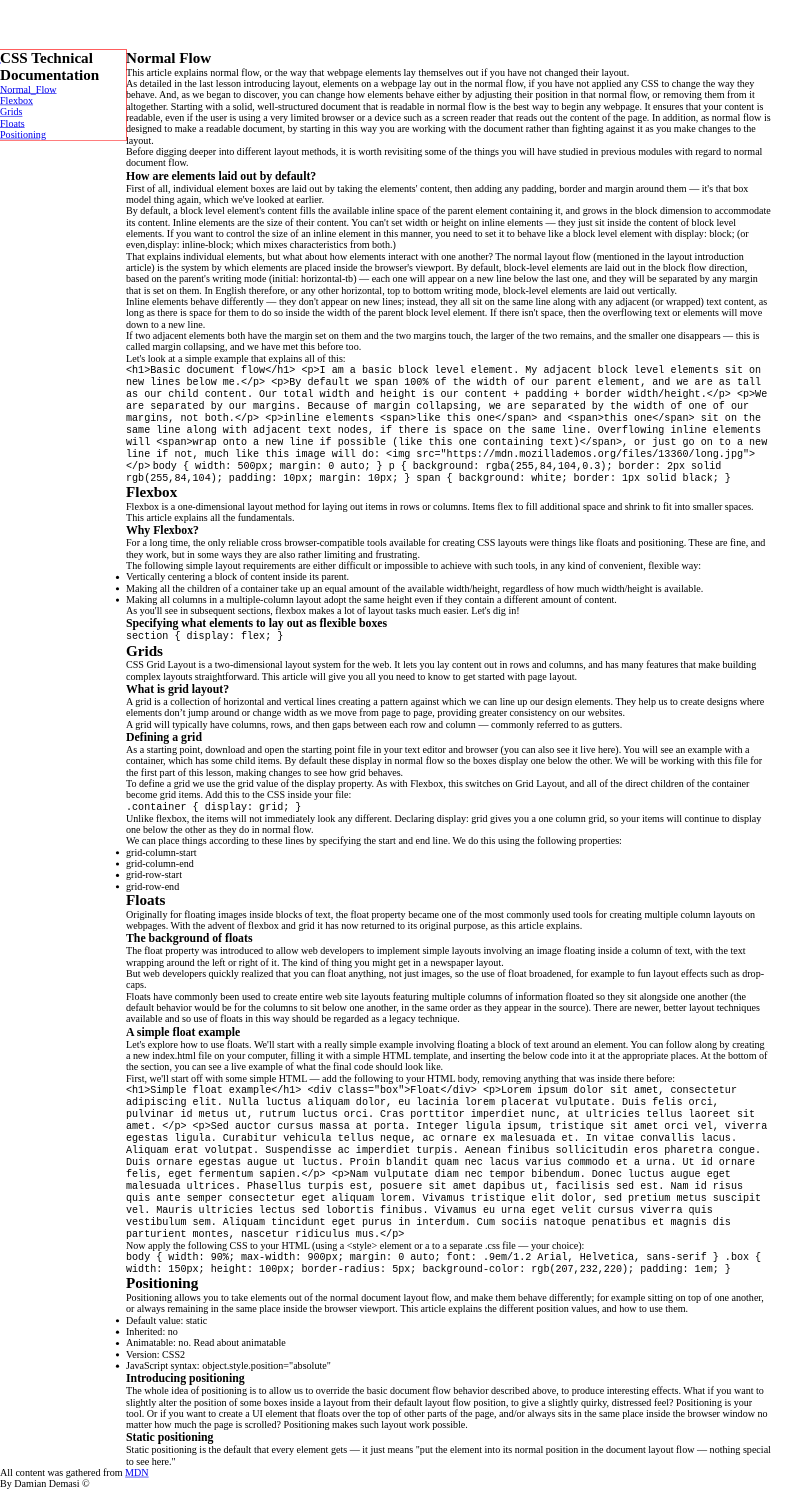
Repository: Colo-Codes/freecodecamp-04-Technical-Documentation-Page
Page: index.html
The author's editor kept a copy of each file at every save. The page is drawn from the files as they stood at one save, then again after the next save.
The browser window is 1280 px wide. The pictures show the whole page, at 63% of full size.

Above is the page before, as saved 2021-05-21 11:39:53.

After the next save:
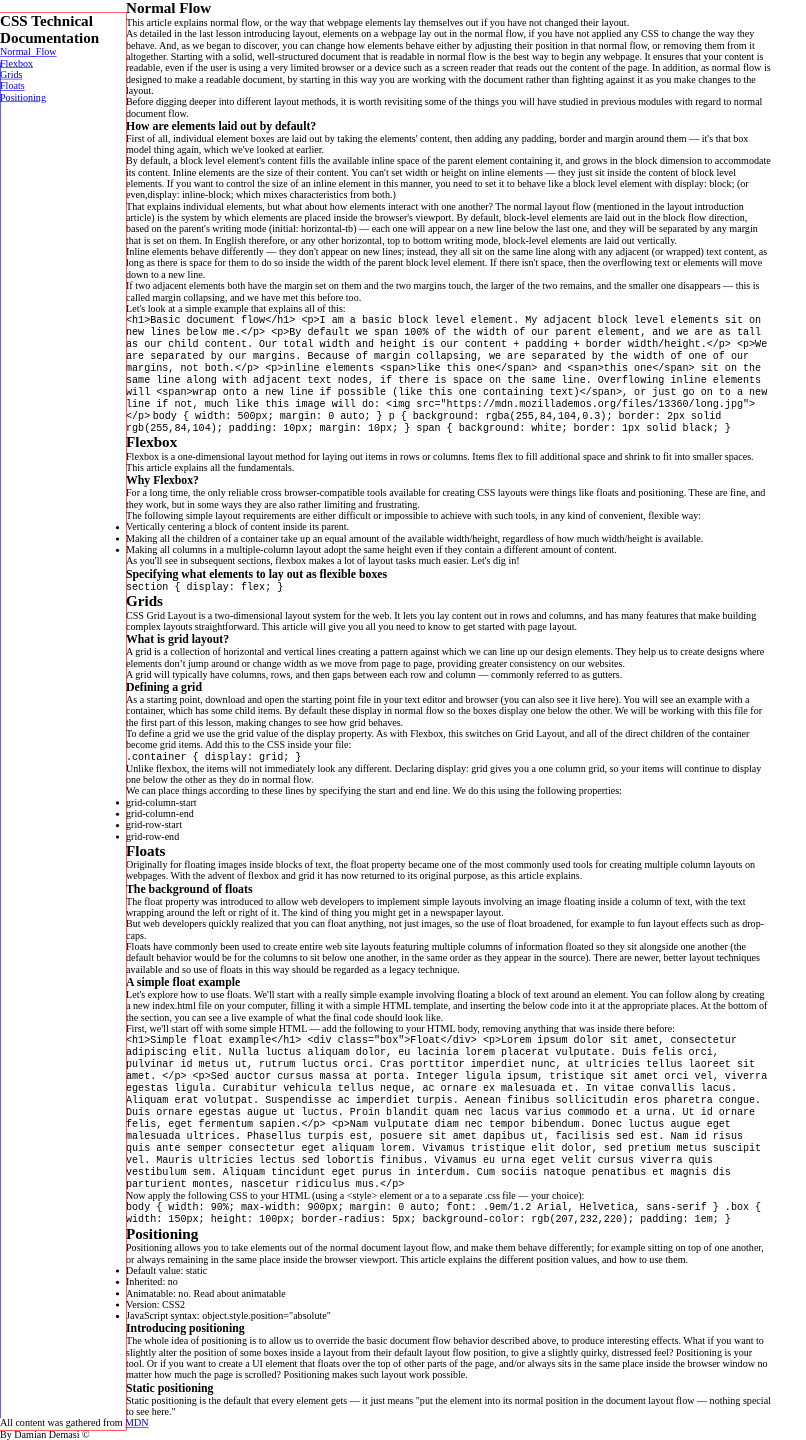
Saved 12 s later.
--- a/resources/css/index.css
+++ b/resources/css/index.css
@@ -16,7 +16,6 @@ body {
     position: relative;
     display: flex;
     flex-flow: wrap;
-    align-items: baseline;
 }
 #navbar-margin {
     margin-top: 100px;
